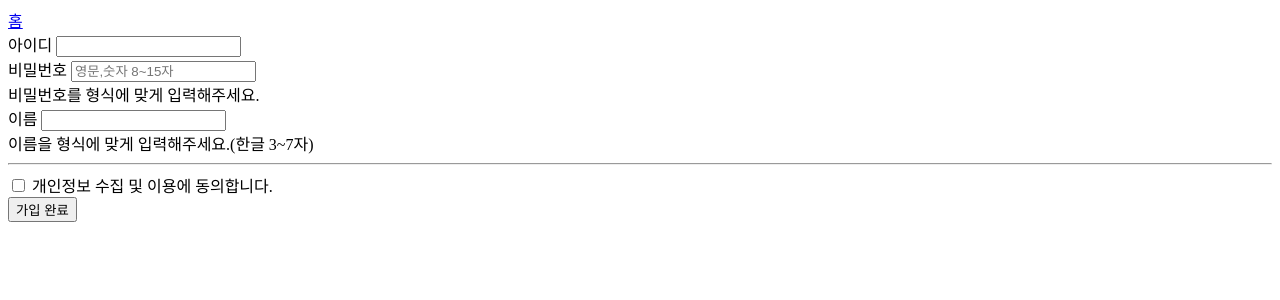
Repository: PacJ/spring_project
Page: http://localhost/spring_project/WEB-INF/views/admin/adminSignup.jsp
An editor plug-in stored every save of this project. The page is shown before and after the next save, followed by the edit.
The browser window is 1280 px wide. The pictures show the whole page.
The page is served by Tomcat 9. Nobody is signed in. Other server files are loaded and not shown. The template is opened directly, without the code that normally fills it, so the values that code supplies are empty.

Above is the page before, as saved 2023-03-03 02:34:44.

### spring_project/src/main/webapp/WEB-INF/views/admin/adminSignup.jsp
<%@ page language="java" contentType="text/html; charset=UTF-8"
    pageEncoding="UTF-8"%>

<a href="../home.do">홈</a>
 <div class="container">
     <div class="input-form-backgroud row">
      <div class="input-form col-md-12 mx-auto">
        <form class="validation-form" method="post" action="adminSignup.do" novalidate >

           <div class="row">
	         <div class="mb-3">
	            <label for="userId">아이디</label>
	            <input type="text" class="form-control" name="adminId"
	            		placeholder="" required>
	            <div class="invalid-feedback">

	            </div>
	          </div>
<!-- 	            pattern="[a-zA-Z0-9]{8,15}"  -->

	          <div class="mb-3">
	            <label for="pass">비밀번호</label>
	            <input type="password"  class="form-control" name="adminPw"
	             pattern="[a-zA-Z0-9]{8,15}"
	             placeholder="영문,숫자 8~15자" required
	             >
	            <div class="invalid-feedback">
	              비밀번호를 형식에 맞게 입력해주세요.
	            </div>
	          </div>

	          <!--           <div class="mb-3">
	            <label for="passChk">비밀번호 재입력</label>
	            <input type="text"  class="form-control" name="member_passChk"
	            pattern="[a-zA-Z0-9]{8,15}" placeholder="영문,숫자 8~15자" required>
	           <div class="invalid-feedback">
	              비밀번호가 일치하지 않습니다.
	            </div>
	          </div>  -->

	           <div class="mb-3">
	              <label for="name">이름</label>
	              <input type="text" class="form-control" name="adminName" />
	              <div class="invalid-feedback">
	                이름을 형식에 맞게 입력해주세요.(한글 3~7자)
	              </div>
	            </div>


	          <hr class="mb-4">
	          <div class="custom-control custom-checkbox">
	            <input type="checkbox" class="custom-control-input" id="aggrement" required>
	            <label class="custom-control-label" for="aggrement">개인정보 수집 및 이용에 동의합니다.</label>
	          </div>
	          <div class="mb-4">
	          <input type="hidden" name="memberType" value="1" />
	           <button class="btn btn-dark btn-lg btn-block" type="submit">가입 완료</button>
          	 </div>
	        </div>

	      </form>
	      </div>
    </div>
</div>

  <script >
/*        const forms = document.getElementsByClassName('validation-form');

      Array.prototype.filter.call(forms, (form) => {
        form.addEventListener('submit', function (event) {
          if (form.checkValidity() === false) {
            event.preventDefault();
            event.stopPropagation();
          }

          form.classList.add('was-validated');
        }, false);
      });
    */
  </script>

After the next save:
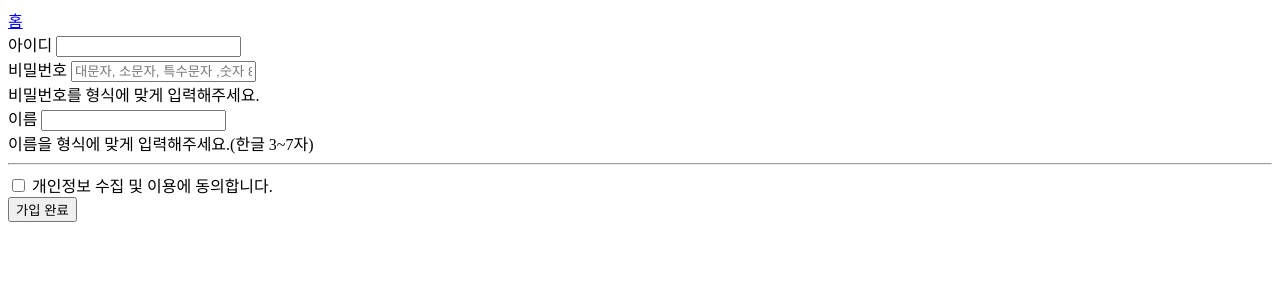
Saved 80 s later.
--- a/spring_project/src/main/webapp/WEB-INF/views/admin/adminSignup.jsp
+++ b/spring_project/src/main/webapp/WEB-INF/views/admin/adminSignup.jsp
@@ -22,7 +22,7 @@
 	            <label for="pass">비밀번호</label>
 	            <input type="password"  class="form-control" name="adminPw"
 	             pattern="[a-zA-Z0-9]{8,15}"
-	             placeholder="영문,숫자 8~15자" required
+	             placeholder="대문자, 소문자, 특수문자 ,숫자 8~15자" required
 	             >
 	            <div class="invalid-feedback">
 	              비밀번호를 형식에 맞게 입력해주세요.
